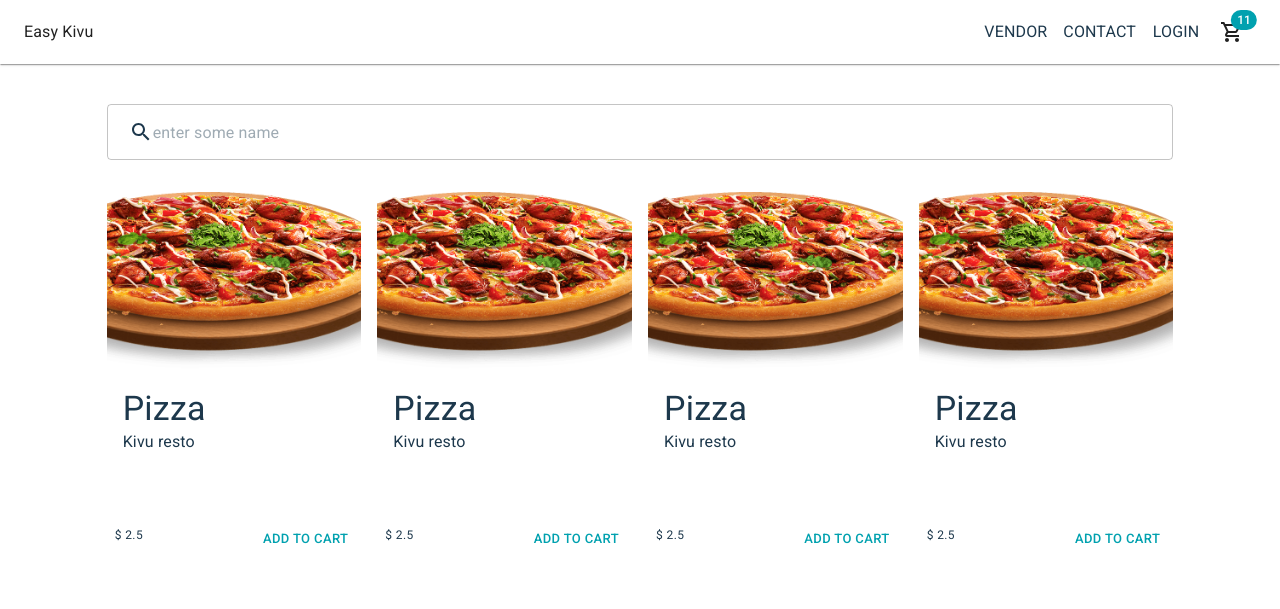
Repository: kilamaelie/jokes-dapp
Page: /
The author's editor kept a copy of each file at every save. The page is drawn from the files as they stood at one save, then again after the next save.
The browser window is 1280 px wide. The pictures show the whole page.
The project was rebuilt for these pictures with package versions that can differ from the ones it lists, and the page was loaded fresh each time. Also part of the build but not shown: src/ui/page/dashboard/dashboard.js.

Above is the page before, as saved 2021-06-28 02:04:28.

### src/App.js
import React from 'react'
import {BrowserRouter as Router ,Switch,Route} from 'react-router-dom'
import {ThemeProvider } from "@material-ui/core/styles";
import theme from './App_theme/theme'
import CssBaseline from '@material-ui/core/CssBaseline'
import Main from './ui/page/website/main'
import Dashboards from  './ui/page/dashboard/dashboard'
import AppBars from './ui/widget/appbar'



const App =()=>{


  return (
    <ThemeProvider theme={theme}>
      <CssBaseline>
          <Router>
            <AppBars/>
            <Switch>
              <Route path='/dashboard' component={Dashboards}/>
              <Route path= '/' component={Main}/>
            </Switch>
          </Router>
      </CssBaseline>
    </ThemeProvider>
  )
}

export default App

### src/App_theme/theme.js
import {createMuiTheme} from '@material-ui/core/styles'


const theme =createMuiTheme({
    palette:{
        primary:{
          main: '#FFF'
        },
        secondary:{
          main: '#00A1AF'
        },
        background:{
          default:'#FFF'
        },
        text:{
          primary:'#1D384C'
        }

      }
})

export default theme

### src/ui/page/website/main.js
import React from 'react'
import {Switch,Route} from 'react-router-dom'
import Home from './screen/home'



const Main =()=>{
    return (
            <Switch>

                <Route exact path= '/' component={Home}/>
            </Switch>
        )
}

export default Main

### src/ui/widget/appbar.js
import React,{useState} from 'react'
import {Grid,AppBar,Toolbar,IconButton,Typography,Button,Dialog,DialogContent,DialogContentText,MenuItem,Menu,Badge} from '@material-ui/core';
import RestaurantMenuIcon from '@material-ui/icons/RestaurantMenu';
import AccountCircle from '@material-ui/icons/AccountCircle';
import NotificationsIcon from '@material-ui/icons/Notifications';
import MoreIcon from '@material-ui/icons/MoreVert';
import { useTheme} from '@material-ui/core/styles'
import useMediaQuery from '@material-ui/core/useMediaQuery';
import useStyles from '../style'
import {Link} from 'react-router-dom'
import ShoppingCartOutlinedIcon from '@material-ui/icons/ShoppingCartOutlined';




const AppBars =()=>{

  const classes = useStyles();
  const [open, setOpen] = useState(false);
  const theme = useTheme();
  const fullScreen = useMediaQuery(theme.breakpoints.down('sm'));

  const handleClickOpen = () => {
    setOpen(true);
  };
  const handleClose = () => {
    setOpen(false);
  };
  // for the app bar

  const [anchorEl, setAnchorEl] = React.useState(null);
  const [mobileMoreAnchorEl, setMobileMoreAnchorEl] = React.useState(null);

  const isMenuOpen = Boolean(anchorEl);
  const isMobileMenuOpen = Boolean(mobileMoreAnchorEl);

  const handleProfileMenuOpen = (event) => {
    setAnchorEl(event.currentTarget);
  };
  const handleMenuClose = () => {
    setAnchorEl(null);
    handleMobileMenuClose();
  };
  const handleMobileMenuClose = () => {
    setMobileMoreAnchorEl(null);
  };
  const handleMobileMenuOpen = (event) => {
    setMobileMoreAnchorEl(event.currentTarget);
  };
  const handleLogoutAndMenuClose = () =>{
    const logout = localStorage.removeItem('token')
    localStorage.removeItem('id')
    localStorage.removeItem('user')
    setAnchorEl(null);
    handleMobileMenuClose();
    window.location.reload();
    return logout
  }

  const menuId = 'primary-search-account-menu';
  const renderMenu = (
    <Menu
      anchorEl={anchorEl}
      anchorOrigin={{ vertical: 'top', horizontal: 'right' }}
      id={menuId}
      keepMounted
      transformOrigin={{ vertical: 'top', horizontal: 'right' }}
      open={isMenuOpen}
      onClose={handleMenuClose}
    >
      <MenuItem onClick={handleMenuClose}>Profile</MenuItem>
      <MenuItem onClick={handleLogoutAndMenuClose}>Logout</MenuItem>
    </Menu>
  );

  const mobileMenuId = 'primary-search-account-menu-mobile';
  const renderMobileMenu = (
    <Menu
      anchorEl={mobileMoreAnchorEl}
      anchorOrigin={{ vertical: 'top', horizontal: 'right' }}
      id={mobileMenuId}
      keepMounted
      transformOrigin={{ vertical: 'top', horizontal: 'right' }}
      open={isMobileMenuOpen}
      onClose={handleMobileMenuClose}
    >
          <MenuItem>
          <Typography className={classes.typoAppbar}>VENDOR</Typography>
          </MenuItem>
          <MenuItem>
           <Typography className={classes.typoAppbar}>Contact</Typography>
          </MenuItem>
          {/* {
            token!=null? <div>
               <MenuItem>
        <IconButton aria-label="show 11 new notifications" color="inherit">
          <Badge badgeContent={11} color="secondary">
            <NotificationsIcon />
          </Badge>
        </IconButton>
        <p>Notifications</p>
      </MenuItem>
      <MenuItem onClick={handleProfileMenuOpen}>
        <IconButton
          aria-label="account of current user"
          aria-controls="primary-search-account-menu"
          aria-haspopup="true"
          color="inherit"
        >
          <AccountCircle />
        </IconButton>
        <p>Profile</p>
      </MenuItem>
            </div>

            :  */}
             <div>
              <MenuItem>
            <Button onClick={handleClickOpen}><Typography className={classes.typoAppbar}>Login</Typography></Button>
                    <Dialog
                        // fullScreen={fullScreen}
                        open={open}
                        onClose={handleClose}
                        aria-labelledby="responsive-dialog-title"
                          >
                            <DialogContent>
                              <DialogContentText>
                                  {/* <Login/> */}
                              </DialogContentText>
                            </DialogContent>
                    </Dialog>
          </MenuItem>
            </div>
          {/* } */}


    </Menu>
  );
  return (
      <Grid container direction='row'>
          {/* <Grid item xs={1} sm={1}></Grid> */}
          <Grid item xs={12} sm={12}>
          <AppBar position="fixe" elevation={1}  >
        <Toolbar>
          {/* <IconButton
            component={Link}
            to='/'
            edge="start"
            className={classes.menuButton}
            color="inherit"
            aria-label="open drawer"
          >
            <RestaurantMenuIcon className={classes.icon} />
          </IconButton> */}
          <Typography className={classes.title}  noWrap>
            Easy Kivu
          </Typography>

          <div className={classes.grow} />
          <div className={classes.sectionDesktop}>
             <Button ><Typography className={classes.typoAppbar}>VENDOR</Typography></Button>
            <Button><Typography className={classes.typoAppbar}>CONTACT</Typography></Button>
            {/* {token!=null?
            <div>
            <IconButton aria-label="show 17 new notifications" color="inherit">
              <Badge badgeContent={17} color="secondary">
                <NotificationsIcon  color="secondary"/>
              </Badge>
            </IconButton>
            <IconButton
              edge="end"
              aria-label="account of current user"
              aria-controls={menuId}
              aria-haspopup="true"
              onClick={handleProfileMenuOpen}
              color="inherit"
            >
              <AccountCircle color="secondary" />
            </IconButton>
            </div>
            : */}
            <div>
               <Button onClick={handleClickOpen}><Typography className={classes.typoAppbar}>LOGIN</Typography></Button>
                <Dialog
                    // fullScreen={fullScreen}
                    open={open}
                    onClose={handleClose}
                    aria-labelledby="responsive-dialog-title"
                      >
                        <DialogContent>
                          <DialogContentText>
                          {/* <Login/> */}
                          </DialogContentText>
                        </DialogContent>

                    </Dialog>
            </div>

            {/* } */}

          </div>
          <IconButton aria-label="show 11 new notifications" color="inherit">
          <Badge badgeContent={11} color="secondary">
            <ShoppingCartOutlinedIcon />
          </Badge>
        </IconButton>
          <div className={classes.sectionMobile}>
            <IconButton
              aria-label="show more"
              aria-controls={mobileMenuId}
              aria-haspopup="true"
              onClick={handleMobileMenuOpen}
              color="inherit"
            >
              <MoreIcon className={classes.icon} />
            </IconButton>
          </div>
        </Toolbar>
      </AppBar>
      {renderMobileMenu}
      {renderMenu}
          </Grid>
          {/* <Grid item xs={1} sm={1}></Grid> */}
      </Grid>
  )

}
export default AppBars

### src/ui/page/website/screen/home.js
import React from 'react'
import useStyles from '../../../style'
import {Grid,TextField,InputAdornment} from '@material-ui/core'
import SearchIcon from '@material-ui/icons/Search';
import CardItem from '../screen/widget/card'


const Home = () =>{
    const classes =useStyles()

    return (
        <Grid container direction='row' className={classes.margin_40} >
            <Grid item xs={1} sm={1}></Grid>
            <Grid item xs={10} sm={10}  >
               <Grid container spacing={4}  >
                   <Grid item xs={12} sm={12}>
                       <TextField
                        variant='outlined'
                        fullWidth
                        onFocus
                        placeholder="enter some name"
                        InputProps={{
                            startAdornment: (
                              <InputAdornment position="end">
                                <SearchIcon />
                              </InputAdornment>
                            ),
                          }}
                       />
                   </Grid>
                   <Grid item xs={12} sm={12}>
                       <Grid container spacing ={2}>
                           <Grid item xs={12} sm={3}>
                           <CardItem/>
                           </Grid>
                           <Grid item xs={12} sm={3}>
                           <CardItem/>
                           </Grid>
                           <Grid item xs={12} sm={3}>
                           <CardItem/>
                           </Grid>
                           <Grid item xs={12} sm={3}>
                           <CardItem/>
                           </Grid>
                       </Grid>
                   </Grid>
               </Grid>
            </Grid>
            <Grid item xs={1} sm={1}></Grid>
        </Grid>
    )
}

export default Home

### src/ui/style.js
import {makeStyles} from '@material-ui/core/styles'

export default makeStyles((theme)=>({

    app:{
        background:'white',
        //marginTop:10,
        // marginbo

    },
    title:{
        color:theme.palette.primary.secondary,
        fontWeight:400,

    },
    grow: {
        flexGrow: 1,
      },
      menuButton: {
        marginRight: theme.spacing(4),
      },
      title: {
        display: '',
        color:theme.palette.primary.secondary,
        fontWeight: 400 ,
        [theme.breakpoints.up('sm')]: {
          display: 'block',
          fontWeight: 400
        },
      },

      sectionDesktop: {
        display: 'none',
        [theme.breakpoints.up('md')]: {
          display: 'flex',
        },
      },
      sectionMobile: {
        display: 'flex',
        [theme.breakpoints.up('md')]: {
          display: 'none',
        },
      },
    icon:{
        color:theme.palette.primary.secondary,
    },
    typoAppbar:{
      color:theme.palette.primary.secondary,
      fontSize: 15,
      fontWeight:400
    },
    homeAppbar:{
      marginTop:40,
      backgroundColor:theme.palette.primary.secondary,
      height:80,
      borderRadius:"10px"
    },
    margin_40:{
      marginTop: 40,
      marginBottom:40
    }

}))

### src/ui/page/website/screen/widget/card.js
import React from 'react'
import {Grid,TextField,Typography} from '@material-ui/core'
import Card from '@material-ui/core/Card';
import CardActionArea from '@material-ui/core/CardActionArea';
import CardActions from '@material-ui/core/CardActions';
import CardContent from '@material-ui/core/CardContent';
import CardMedia from '@material-ui/core/CardMedia';
import Button from '@material-ui/core/Button';
import Pizza from '../../../../../assets/pizza.png'


const CardItem =()=>{
    return (
        <Card elevation={0} >
        {/* <CardActionArea> */}
          <CardMedia
            style={{height:180}}
            image={Pizza}
            // title={imagetitle}
          />
          <CardContent>
            <Typography variant="caption" variant='h4' component="h2" >
              Pizza
            </Typography>
            <Typography gutterBottom  component="h2" >
              Kivu resto
            </Typography>
            <Typography variant="body2" color="textSecondary" style={{height:40}}>

            </Typography>
          </CardContent>
        {/* </CardActionArea> */}
        <CardActions>
          <Grid container>
            <Grid item sm={6} md={6} xs={6} justify="center">
              <Typography variant="caption">
                $ 2.5
              </Typography>
            </Grid>
            <Grid item md={6} xs={6}>
              <Grid container direction="column" justify="center" alignItems="flex-end">
              <Button size="small" color="secondary" >
                Add to cart
              </Button>
              </Grid>
            </Grid>
          </Grid>
        </CardActions>
      </Card>
    )
}


export default CardItem;

Loaded but not shown: public/index.html (common file); src/index.js (common file); src/index.css (common file); src/reportWebVitals.js (common file)

After the next save:
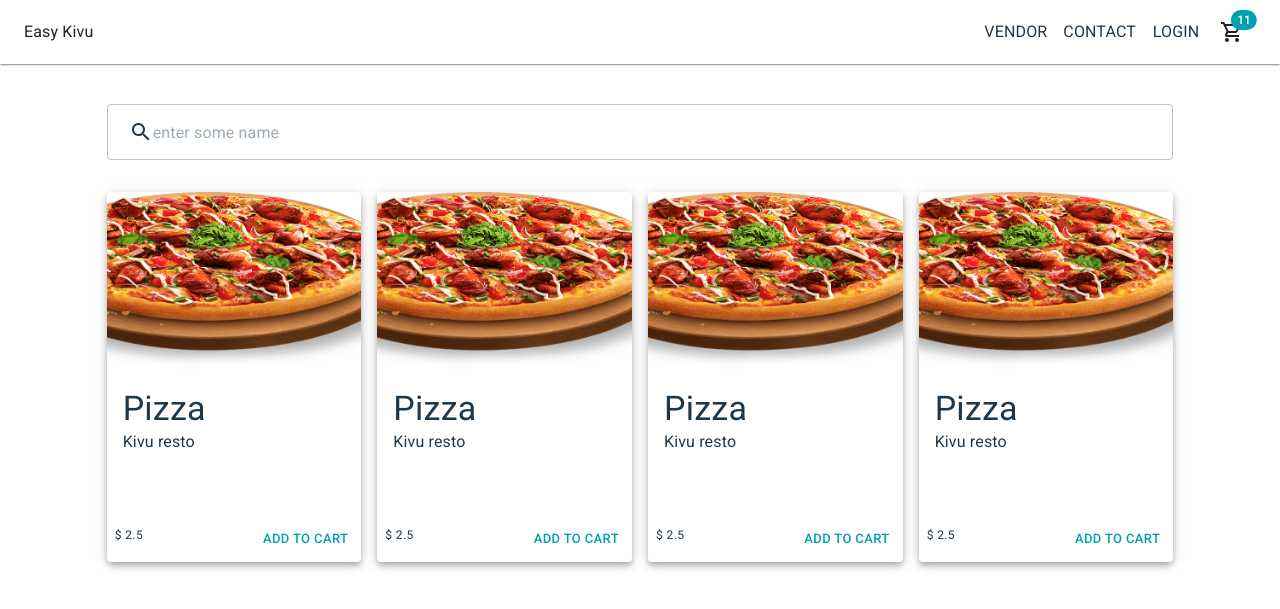
Saved 41 s later.
--- a/src/ui/page/website/screen/widget/card.js
+++ b/src/ui/page/website/screen/widget/card.js
@@ -11,7 +11,7 @@ import Pizza from '../../../../../assets/pizza.png'
 
 const CardItem =()=>{
     return (
-        <Card elevation={0} >
+        <Card elevation={5} >
         {/* <CardActionArea> */}
           <CardMedia
             style={{height:180}}
